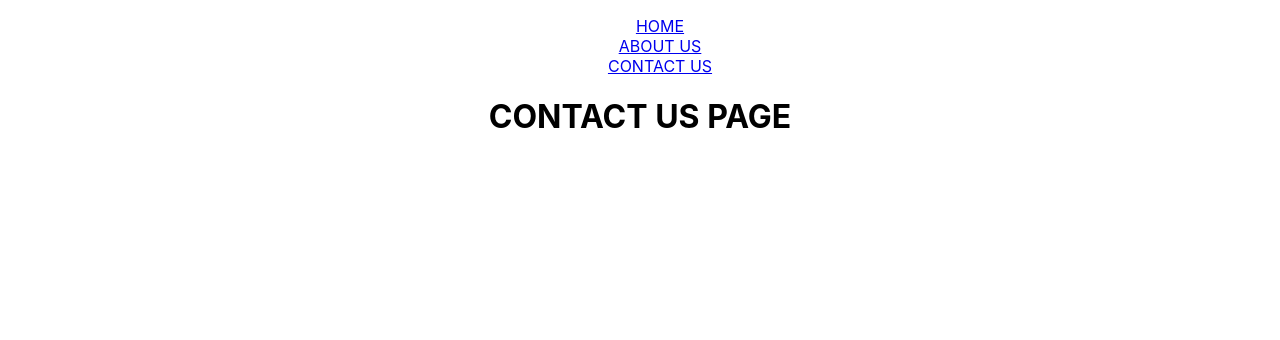
Repository: mohamediyas/boilermdIyas
Page: /contact
These files come from the project's save history. The page is drawn as it stood at one moment and after the next save; the edit follows.
The browser window is 1280 px wide. The pictures show the whole page.
The project was rebuilt for these pictures with package versions that can differ from the ones it lists, and the page was loaded fresh each time. Also part of the build but not shown: src/BoilerPlate/Router/Component/About.js, src/BoilerPlate/Router/Component/Home.js, src/BoilerPlate/Router/Component/Error.js.

Above is the page before, as saved 2021-01-08 21:34:10.

### src/App.js
import "./App.css";
import Routers from "./BoilerPlate/Router/Routers";

function App() {
  return (
    <div className="App">
      <Routers />
    </div>
  );
}

export default App;

### src/BoilerPlate/Router/Routers.js
import React from "react";
import { BrowserRouter as Router, Switch, Route } from "react-router-dom";
import About from "./Component/About";
import Home from "./Component/Home";
import Contact from "./Component/Contact";
import Error from "./Component/Error";
import Navbar from "./Component/Navbar";

const Routers = () => {
  return (
    <div>
      <Router>
        <Navbar />
        <Switch>
          <Route exact path="/">
            <Home />
          </Route>
          <Route path="/about">
            <About />
          </Route>
          <Route path="/contact">
            <Contact />
          </Route>
          <Route path="*">
            <Error />
          </Route>
        </Switch>
      </Router>
    </div>
  );
};

export default Routers;

### src/BoilerPlate/Router/Component/Contact.js
import React, { useState } from "react";
import { data } from "./data";

function Contact() {
  let [name, setName] = useState(data);
  return (
    <div>
      <h1>CONTACT US PAGE</h1>
      {name.map((person) => {
        console.log(person);
      })}
    </div>
  );
}

export default Contact;

### src/BoilerPlate/Router/Component/Navbar.js
import React from "react";
import { Link } from "react-router-dom";

function Navbar() {
  return (
    <div>
      <ul>
        <Link to="/">HOME</Link>
        <br />
        <Link to="/about">ABOUT US</Link>
        <br />
        <Link to="/contact">CONTACT US</Link>
        <br />
      </ul>
    </div>
  );
}

export default Navbar;

### src/BoilerPlate/Router/Component/data.js
export let data = [
  { id: 1, name: "imthiyas" },
  { id: 2, name: "mohamed" },
  { id: 3, name: "abdul" },
  { id: 4, name: "iyas" },
];

Loaded but not shown: public/index.html (common file); src/index.js (common file); src/index.css (common file); src/reportWebVitals.js (common file); src/App.css (common file)

After the next save:
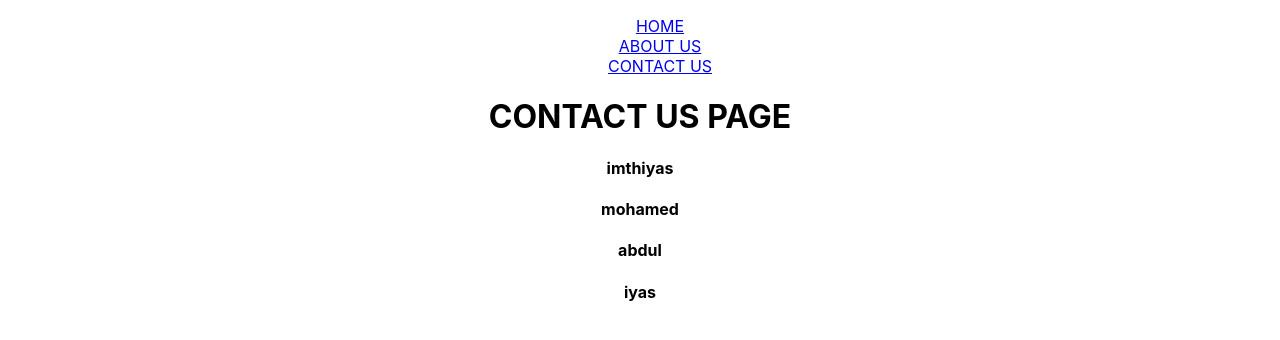
Saved 100 s later.
--- a/src/BoilerPlate/Router/Component/Contact.js
+++ b/src/BoilerPlate/Router/Component/Contact.js
@@ -7,7 +7,7 @@ function Contact() {
     <div>
       <h1>CONTACT US PAGE</h1>
       {name.map((person) => {
-        console.log(person);
+        return <h4>{person.name}</h4>;
       })}
     </div>
   );
